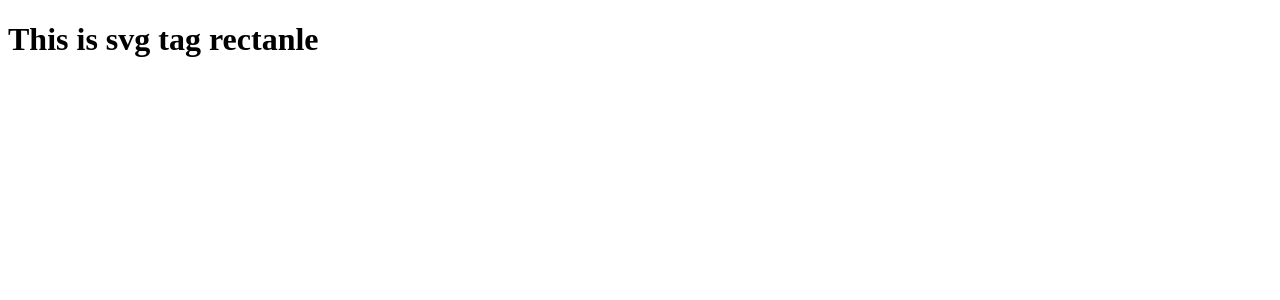
Repository: stastnyd/stastny-d3js
Page: Projekt/1. Oblici/index.html
An editor plug-in stored every save of this project. The page is shown before and after the next save, followed by the edit.
The browser window is 1280 px wide. The pictures show the whole page.

Above is the page before, as saved 2019-08-05 15:46:57.

After the next save:
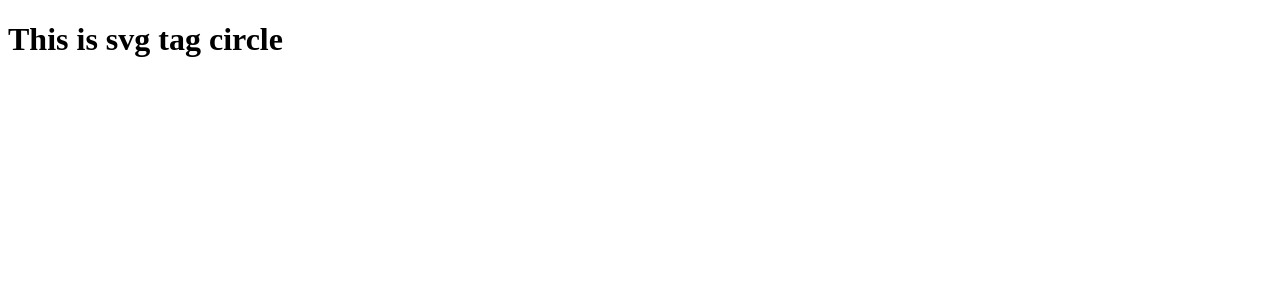
Saved 2 min 7 s later.
--- a/Projekt/1. Oblici/index.html
+++ b/Projekt/1. Oblici/index.html
@@ -11,9 +11,9 @@
 <body>
 
 
-    <h1>This is svg tag rectanle</h1>
+    <h1>This is svg tag circle</h1>
     <svg width="400" height="600">
-        <circle cx="600" cy="600" fill="pink" stroke ="red" stroke-width="3" r="50" width="100" height="200" />
+        <circle cx="600" cy="600" r="50" fill="pink" stroke ="red" stroke-width="3"/>
     </svg>
 
 </body>
